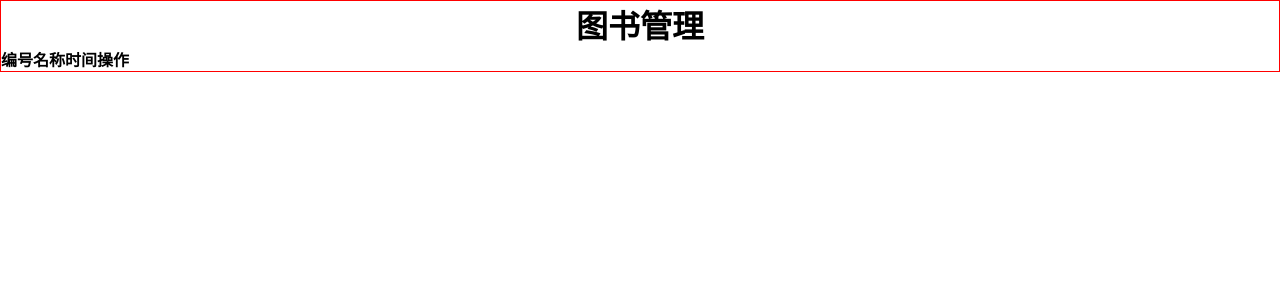
Repository: chenguocan/Vue_demo_1
Page: vue_demo_03/图书管理.html
An editor plug-in stored every save of this project. The page is shown before and after the next save, followed by the edit.
The browser window is 1280 px wide. The pictures show the whole page.

Above is the page before, as saved 2020-07-21 15:57:35.

### vue_demo_03/图书管理.html
<!DOCTYPE html>
<html lang="en">
  <head>
    <meta charset="UTF-8" />
    <meta name="viewport" content="width=device-width, initial-scale=1.0" />
    <title>Document</title>
    <style>
      * {
        margin: 0;
        padding: 0;
        box-sizing: border-box;
      }
      .book {
        border: 1px solid red;
        text-align: center;
      }
      table {
        border-collapse: collapse;
      }
    </style>
  </head>
  <body>
    <div class="book">
      <h1>图书管理</h1>
      <table>
        <thead>
          <tr>
            <th>编号</th>
            <th>名称</th>
            <th>时间</th>
            <th>操作</th>
          </tr>
        </thead>
      </table>
    </div>
  </body>
  <script src="./js/vue.js"></script>
</html>

Loaded but not shown: vue_demo_03/js/vue.js (library)

After the next save:
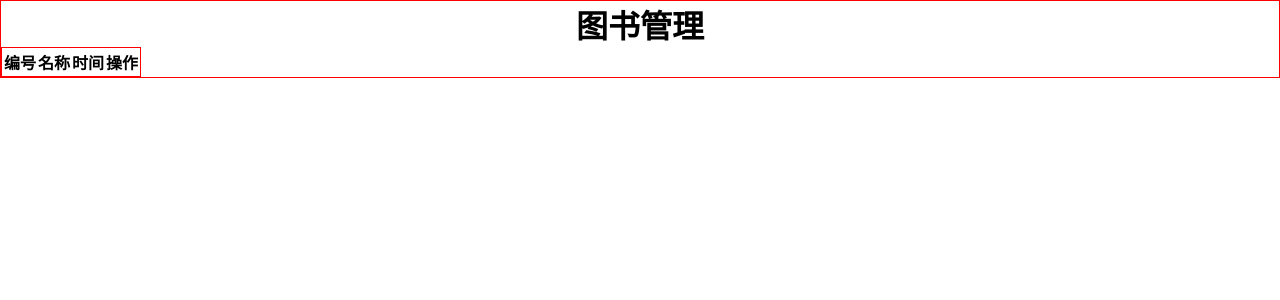
Saved 8 s later.
--- a/vue_demo_03/图书管理.html
+++ b/vue_demo_03/图书管理.html
@@ -15,7 +15,7 @@
         text-align: center;
       }
       table {
-        border-collapse: collapse;
+        border: 1px solid red;
       }
     </style>
   </head>
